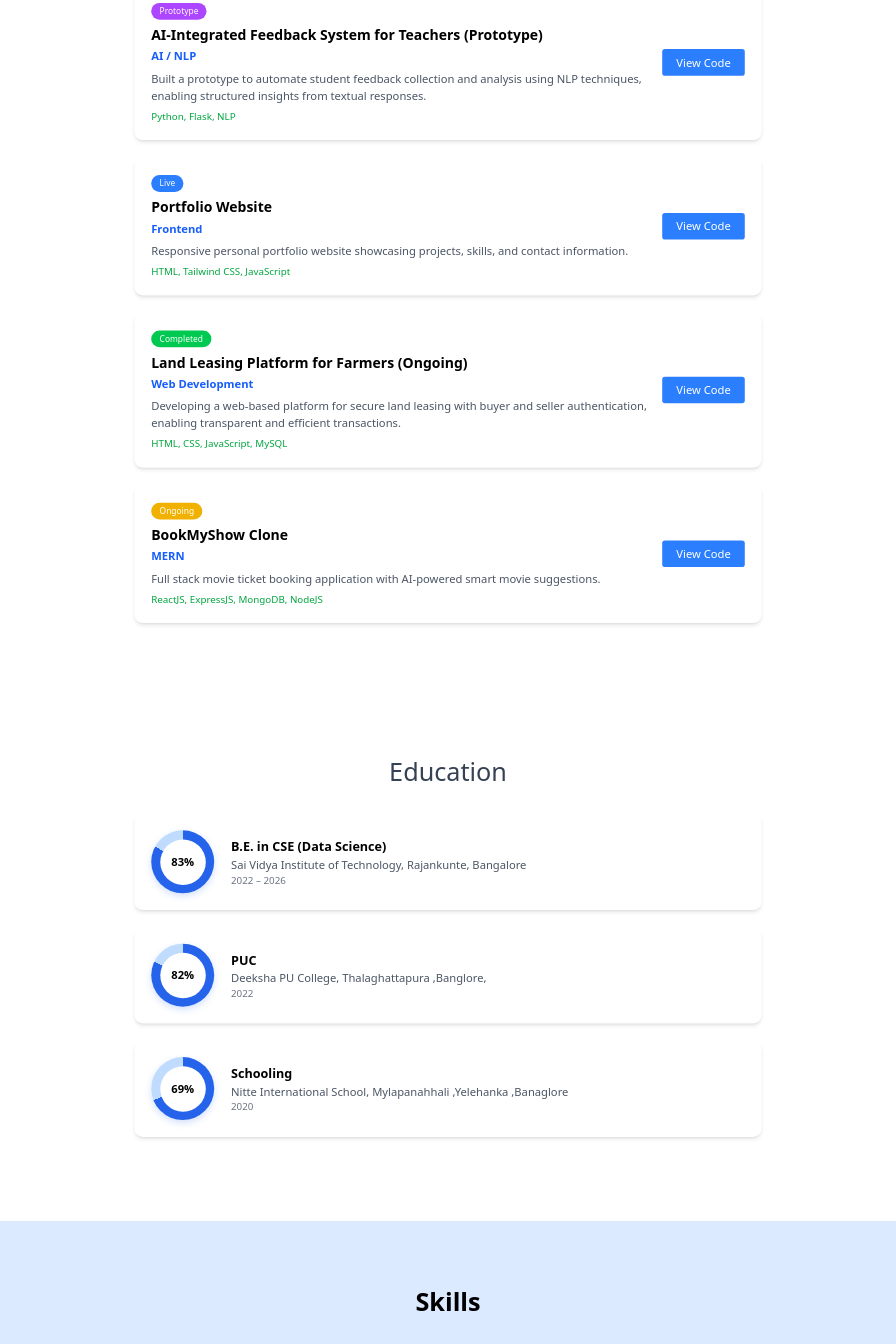
Repository: Rhaashee/myProfile
Page: index.html
These files come from the project's save history. The page is drawn as it stood at one moment and after the next save; the edit follows.
The browser window is 1280 px wide. The pictures show the part of the page from y = 1443 to 3363 px (the page is 4043 px tall before and 4289 px after), at 70% of full size.

Above is the page before, as saved 2026-04-29 16:58:50.
Console error: SyntaxError: Identifier 'projectsData' has already been declared

### index.html
<!-- MERN_Stu_FebMay26Mys\W4\D5\portfolio-project\index.html -->
<!DOCTYPE html>
<html lang="en">

<head>
    <meta charset="UTF-8">
    <meta name="viewport" content="width=device-width, initial-scale=1.0">

    <title>Week 3 & 4 Portfolio Project</title>

    <script src="https://cdn.jsdelivr.net/npm/@tailwindcss/browser@4"></script>

    <link rel="stylesheet" href="css/custom.css">

</head>

<body>
    <!-- HERO SECTION -->

    <section
        class="min-h-screen flex flex-col lg:flex-row lg:items-center lg:justify-between px-8 lg:px-16 py-20 gap-12 lg:gap-20">

        <div class="order-2 lg:order-1 flex-1 lg:max-w-lg text-center lg:text-left">

            <h1 class="text-5xl mb-6 font-bold" style="font-family: 'Poppins', sans-serif;">Rhaashee L</h1>

            <p class="text-xl lg:text-2xl text-slate-600 font-bold mb-10 max-w-md mx-auto lg:mx-0">
                Full-Stack developer | MERN enthusiast | Competitive Programmer
            </p>

            <div
                class="flex flex-col sm:flex-row gap-4 justify-center lg:justify-start items-center lg:items-start mb-8">

                <a href="#projects" class="bg-red-400 hover:bg-green-500 px-10 py-4 rounded shadow-xl">
                    View Projects
                </a>

                <a href="#resume" class="bg-blue-400 hover:bg-green-500 px-10 py-4 rounded shadow-xl">
                    Download Resume
                </a>

            </div>

            <div class="flex flex-wrap gap-6 justify-center lg:justify-start text-sm font-bold">

                <span>100+ Github commits</span>
                <span>50 LeetCode Questions Solved</span>
                <span>1 live projects completed</span>

            </div>

        </div>

        <div class="order-1 lg:order-2 w-full lg:w-96 max-w-sm mx-auto lg:mx-0">

            <img src="assets/images/img.jpg" alt="My photo"
                class="aspect-square w-full rounded shadow-lg mx-auto lg:mx-0 hover:ring-blue-500 transition-all duration-300 hover:scale-[1.02]"
                loading="lazy">

        </div>

    </section>

    <!-- NAVBAR -->

    <nav class="sticky top-0 z-50 bg-white/95 backdrop-blur-md border-b shadow-lg">

        <div class="max-w-7xl mx-auto px-6 py-4 flex items-center justify-between">

            <a href="#"
                class="text-2xl font-bold bg-clip-text bg-gradient-to-r from-red-400 to-slate-700 text-transparent">
                RL
            </a>

            <ul class="hidden md:flex items-center gap-10">

                <li><a href="#projects" class="text-lg font-bold hover:text-blue-600">Projects</a></li>

                <li><a href="#education" class="text-lg font-bold hover:text-blue-600">Education</a></li>

                <li><a href="#skills" class="text-lg font-bold hover:text-blue-600">Skills</a></li>

            </ul>
            <button id="theme-toggle" class="bg-blue-200 px-4 py-2 rounded font-bold">Theme</button>
            <a href="#contact" class="bg-red-400 hover:bg-green-500 rounded transition-all duration-300 px-8 py-3">
                Let's talk
            </a>

        </div>

    </nav>

    <!-- PROJECTS -->

    <section id="projects" class="py-24 px-8 lg:px-16">

        <div class="max-w-7xl mx-auto">

            <div class="text-center mb-10">

                <h2 class="text-4xl lg:text-5xl mb-6">My Projects</h2>

                <p class="text-xl max-w-2xl mx-auto">
                    Enterprise scale full-stack applications built with modern frameworks
                </p>

            </div>

            <!-- Project Search (Feature will attach here) -->

            <div class="mb-10 text-center">

                <input id="project-search" type="text" placeholder="Search projects..."
                    class="border rounded px-6 py-3 w-full max-w-md">

            </div>

            <!-- Project Filter Bar -->

            <div id="project-filters" class="flex flex-wrap justify-center gap-4 mb-12"></div>

            <div id="projects-container" class="max-w-4xl mx-auto space-y-6"></div>

            <!-- Dynamic container for projects -->

            <div id="projects-container" class="grid grid-cols-1 md:grid-cols-2 lg:grid-cols-3 gap-8">
            </div>

        </div>

    </section>

    <!--Education and experience-->
    <section id="experience" class="py-24 px-8 lg:px-16">

        <div class="max-w-4xl mx-auto">

            <h2 class="text-4xl text-gray-700 text-center mb-10">
                Education
            </h2>

            <!-- Dynamic Education -->
            <div id="education-container"></div>

        </div>

    </section>

    </section>

    <!-- SKILLS -->

    <section id="skills" class="py-24 px-8 lg:px-16 bg-blue-100">

        <div class="max-w-7xl mx-auto">

            <h2 class="text-4xl text-center font-bold mb-20">
                Skills
            </h2>

            <!-- Dynamic Skills Container -->

            <div id="skills-container" class="grid grid-cols-1 md:grid-cols-2 lg:grid-cols-4 gap-8">
            </div>

        </div>

    </section>

    <!-- CONTACT MODAL -->

    <button id="modal-trigger"
        class="fixed bottom-8 right-8 w-16 h-16 bg-blue-900 text-white rounded-full shadow-2xl flex items-center justify-center text-2xl font-bold">
        ☏
    </button>

    <div id="contact-modal" class="fixed inset-0 z-50 hidden bg-black/50 backdrop-blur-md">

        <div class="flex items-center justify-center min-h-screen p-4">

            <div id="modal-content"
                class="bg-white w-full max-w-md rounded-2xl shadow-2xl scale-95 opacity-0 transition-all duration-300">

                <div class="sticky top-0 border-b p-8 pt-12 bg-white">

                    <h3 class="text-2xl font-bold">Contact Me</h3>

                    <button id="modal-close" class="absolute top-6 right-6 text-2xl font-bold">
                        ×
                    </button>

                </div>

                <form id="contact-form" class="p-8 space-y-4">

                    <input id="contact-name" type="text" placeholder="Your name"
                        class="w-full border rounded px-4 py-3">

                    <input id="contact-email" type="email" placeholder="email@website.com"
                        class="w-full border rounded px-4 py-3">

                    <p id="form-message" class="text-sm text-red-500"></p>

                    <div class="flex flex-col sm:flex-row gap-4 pt-4">

                        <button type="button" id="form-cancel" class="flex-1 font-bold py-4 px-6">
                            Cancel
                        </button>

                        <button type="submit" class="flex-1 font-bold py-4 px-6">
                            Submit
                        </button>

                    </div>

                </form>

            </div>

        </div>

    </div>

    <!-- SWIPE TO HOME BUTTON -->

    <button id="home-swiper"
        class="fixed bottom-8 left-8 bg-pink-200 text-white px-5 py-3 rounded-full shadow-xl hover:bg-blue-600 transition">
        Back to Home
    </button>
    <!-- MAIN JS ENTRY-->

    <script src="js/data/projects.js"></script>
    <script src="js/data/skills.js"></script>
    <script src="js/features/skills-render.js"></script>
    <script src="js/features/modal.js"></script>
    <script src="js/features/contact-validation.js"></script>
    <script src="js/features/theme-toggle.js"></script>
    <script src="js/data/projects.js"></script>
    <script src="js/features/project-filter.js"></script>
    <script src="js/features/project-search.js"></script>
    <script src="js/main.js"></script>
    <script src="js/features/BackToTop.js"></script>
    <script src="js/data/education.js"></script>
    <script src="js/features/education-render.js"></script>



</body>

</html>

### css/custom.css
.dark-mode{
    background-color: black;
    color: white;
}
.dark-mode nav{
    background-color: rgb(178, 173, 173);
    color: white;
}
.dark-mode section{
    background-color: rgb(0, 0, 0);
    color: white;
}
.dark-mode .bg-blue-100{
    background-color: rgb(235, 236, 240);
    color: rgb(153, 145, 145);
}
.dark-mode .bg-white{
    background-color: rgb(0, 0, 0);
}
.dark-mode .text-gray-700{
    color: white;
}
.line-clamp-2 {
  display: -webkit-box;
  -webkit-line-clamp: 2;
  -webkit-box-orient: vertical;
  overflow: hidden;
}
.progress-circle {
  width: 90px;
  height: 90px;
  border-radius: 50%;
  display: flex;
  align-items: center;
  justify-content: center;
  box-shadow: 0 4px 10px rgba(37, 99, 235, 0.2);
}

.inner-circle {
  width: 65px;
  height: 65px;
  background: white;
  border-radius: 50%;
  display: flex;
  align-items: center;
  justify-content: center;
  font-weight: bold;
}

.dark .inner-circle {
  background: #eff6ff;
}

### js/data/projects.js
const projectsData = [
  {
    id: 1,
    name: "Virtual Herbal Garden – AYUSH Soap Products",
    category: "Web Development",
    description:
      "Designed an interactive platform for exploring herbal plants and their uses in AYUSH soap products, providing detailed plant and product information.",
    technologies: ["Python", "HTML", "CSS"],
    status: "Completed",
    liveDemo: "#",
    github: "#"
  },
  {
    id: 2,
    name: "AI-Integrated Feedback System for Teachers (Prototype)",
    category: "AI / NLP",
    description:
      "Built a prototype to automate student feedback collection and analysis using NLP techniques, enabling structured insights from textual responses.",
    technologies: ["Python", "Flask", "NLP"],
    status: "Prototype",
    liveDemo: "#",
    github: "#"
  },
  {
    id: 3,
    name: "Portfolio Website",
    category: "Frontend",
    description:
      "Responsive personal portfolio website showcasing projects, skills, and contact information.",
    technologies: ["HTML", "Tailwind CSS", "JavaScript"],
    status: "Live",
    liveDemo: "#",
    github: "#"
  },{

    id: 5,
    name: "Land Leasing Platform for Farmers (Ongoing)",
    category: "Web Development",
    description:
      "Developing a web-based platform for secure land leasing with buyer and seller authentication, enabling transparent and efficient transactions.",
    technologies: ["HTML", "CSS", "JavaScript", "MySQL"],
    status: "Completed",
    liveDemo: "#",
    github: "#"
  },
  {
    id: 6,
    name: "BookMyShow Clone",
    category: "MERN",
    description:
      "Full stack movie ticket booking application with AI-powered smart movie suggestions.",
    technologies: ["ReactJS", "ExpressJS", "MongoDB", "NodeJS"],
    status: "Ongoing",
    liveDemo: "#",
    github: "#"
  }

];

### js/data/skills.js

const skillsData = [
  {
    id: 1,
    name: "MongoDB",
    shortLabel: "MDB",
    description: "NoSQL database for handling unstructured data and scalable applications."
  },
  {
    id: 2,
    name: "ExpressJS",
    shortLabel: "Exp",
    description: "Backend framework for building REST APIs and server-side applications."
  },
  {
    id: 3,
    name: "ReactJS",
    shortLabel: "R",
    description: "Component-based UI development with hooks and state management."
  },
  {
    id: 4,
    name: "NodeJS",
    shortLabel: "Node",
    description: "JavaScript runtime for building scalable backend services."
  },
  {
    id: 5,
    name: "Power BI",
    shortLabel: "BI",
    description: "Interactive dashboards and data visualization for business insights."
  },
  {
    id: 6,
    name: "Tableau",
    shortLabel: "Tb",
    description: "Data visualization and storytelling through charts and dashboards."
  },

];

### js/features/skills-render.js
function renderSkills(){
    const skillsContainer = document.getElementById("skills-container");

    if(!skillsContainer){
        console.log("Skills Contianer not found");
        return;
    }
    skillsContainer.innerHTML = "";
    skillsData.forEach(function(skill){
        // to create outer card
        const card = document.createElement("div");
        card.className = "p-8 text-center bg-white rounded-3xl shadow-lg";

        // create icon
        const iconBox = document.createElement("div");
        iconBox.className = "w-20 h-20 mx-auto mb-4 bg-green-900 rounded-2xl flex item-center justify-center";

        // create icon
        const iconText = document.createElement("span");
        iconText.className = "text-2xl text-white font-bold"
        iconText.textContent = skill.shortLabel;

        // Put iconText inside iconBox
        iconBox.appendChild(iconText);

        // create a skill name
        const skillsName = document.createElement("h3");
        skillsName.className = "text-xl font-bold mb-2";
        skillsName.textContent = skill.name;

        // create skill description
        const skillDescription = document.createElement("p");
        skillDescription.className = "text-sm";
        skillDescription.textContent = skill.description;

        // append all child elements to card
        card.appendChild(iconBox);
        card.appendChild(skillsName);
        card.appendChild(skillDescription);

        // append card to skills container
        skillsContainer.appendChild(card);
    });
    console.log("Skills rendered successfully");
}

### js/features/modal.js
function initModal(){
    const modal = document.getElementById("contact-modal");
    const modalContent = document.getElementById("modal-content");
    const modalTrigger = document.getElementById("modal-trigger");
    const modalClose = document.getElementById("modal-close");
    const formCancel = document.getElementById("form-cancel");

    if(!modal || !modalContent || !modalTrigger || !modalClose || !formCancel){
        console.log("Modal element not found");
        return;
    }
    function openModal(){
        modal.classList.remove("hidden");

        setTimeout(function(){
            modalContent.classList.remove("scale-95","opacity-0");
        },10);
    }
    function closeModal(){
        modalContent.classList.add("scale-95","opacity-0");
        setTimeout(function(){
            modal.classList.add("hidden");
        },200);
    }
    modalTrigger.addEventListener("click",openModal);
    modalClose.addEventListener("click",closeModal);
    formCancel.addEventListener("click",closeModal);

    //close when clicking on backdrop
    modal.addEventListener("click",function(event){
        if(event.target === modal){
            closeModal();
        }
    });
    console.log("Modal opened successfully");
}

### js/features/contact-validation.js
function initContactValidation(){
    const contactModal = document.getElementById("contact-modal");
    const contactForm = document.getElementById("contact-form");
    const contactName = document.getElementById("contact-name");
    const contactEmail = document.getElementById("contact-email");
    const formMessage = document.getElementById("form-message");

    if(!contactModal || !contactForm || !contactName || !contactEmail || !formMessage){
        console.log("Contact form elements not found");
        return;
    }

    contactForm.addEventListener("submit",function(event){
        event.preventDefault();

        const name = contactName.value.trim();
        const email = contactEmail.value.trim();

        formMessage.textContent = "";
        formMessage.className = "text-sm";

        // Name validation
        if(name === ""){
            formMessage.textContent = "Name is required";
            formMessage.classList.add("text-red-500");
            contactName.focus();
            return;
        }
        if(name.length < 5){
            formMessage.textContent = "Name must be atleast 5 chars"
            formMessage.classList.add("text-red-500");
            contactName.focus();
            return;
        }
        // Email Validation
        if(email === ""){
            formMessage.textContent = "Email is required";
            formMessage.classList.add("text-red-500");
            contactEmail.focus();
            return;
        }
        const emailPattern = /^[^\s@]+@[^\s@]+\.[^\s@]+$/;

        if(!emailPattern.test(email)){
            formMessage.textContent = "Enter valid email";
            formMessage.classList.add("text-red-500");
            contactEmail.focus();
            return;
        }

        formMessage.textContent = "Meassage Submitted Sucessfully";
        formMessage.classList.add("text-green-600");
        console.log("Valid credentials : ",{name:name,email:email});
        contactForm.reset();
    });
    contactName.addEventListener("input",function(){
        formMessage.textContent = "";
    });
    contactEmail.addEventListener("input",function(){
        formMessage.textContent = "";
    });
}

### js/features/theme-toggle.js
function initThemeToggle(){
    const toggleBtn = document.getElementById("theme-toggle");
    const body = document.body;

    const savedTheme = localStorage.getItem("portfolio-theme");

    if(savedTheme === "dark"){
        body.classList.add("dark-mode");
    }
    toggleBtn.addEventListener("click",function(){
        body.classList.toggle("dark-mode");
        if(body.classList.contains("dark-mode")){
            localStorage.setItem("portfolio-theme","dark");
            console.log("Dark mode enanbled");
        }else{
            localStorage.setItem("portfolio-theme","light");
            console.log("Light mode enanbled");
        }
    });
}

### js/features/project-search.js
document.addEventListener("DOMContentLoaded", () => {

    const dropdown = document.getElementById("project-filter-dropdown");
    const container = document.getElementById("projects-container");

    // Initially hide projects
    container.innerHTML = "";

    dropdown.addEventListener("change", () => {

        const selected = dropdown.value;

        // if nothing selected → hide again
        if (!selected) {
            container.innerHTML = "";
            return;
        }

        // filter projects
        const filtered = projectsData.filter(
            (p) => p.category === selected
        );

        renderProjects(filtered);
    });

});

### js/main.js
document.addEventListener("DOMContentLoaded", function () {
    // Render Skills
    renderSkills();
    initModal();
    initContactValidation();
    initThemeToggle();
})
document.addEventListener("DOMContentLoaded", () => {
    renderEducation();
});
document.addEventListener("DOMContentLoaded", () => {
    renderProjects(projectsData);
});

### js/features/BackToTop.js
const swiperButton = document.getElementById("home-swiper");

// safety check (important)
if (swiperButton) {

    // hide initially
    swiperButton.style.display = "none";

    // scroll to top
    swiperButton.addEventListener("click", function () {
        window.scrollTo({
            top: 0,
            behavior: "smooth"
        });
    });

    // show on scroll
    window.addEventListener("scroll", function () {
        if (window.scrollY > 300) {
            swiperButton.style.display = "block";
        } else {
            swiperButton.style.display = "none";
        }
    });

}

### js/data/education.js
const educationData = [
    {
        id: 1,
        title: "B.E. in CSE (Data Science)",
        institution: "Sai Vidya Institute of Technology, Rajankunte, Bangalore",
        percentage: 83,
        duration: "2022 – 2026"
    },
    {
        id: 2,
        title: "PUC",
        institution: "Deeksha PU College, Thalaghattapura ,Banglore,",
        percentage: 82,
        duration: "2022"
    },
    {
        id: 3,
        title: "Schooling",
        institution: "Nitte International School, Mylapanahhali ,Yelehanka ,Banaglore",
        percentage: 69,
        duration: "2020"
    }
];

### js/features/education-render.js
function renderEducation() {
    const container = document.getElementById("education-container");

    if (!container) return;

    container.innerHTML = "";

    educationData.forEach((edu) => {

        // CARD
        const card = document.createElement("div");
        card.className =
            "flex items-center gap-6 bg-white dark:bg-blue-50 p-6 mb-6 rounded-xl shadow-md hover:shadow-lg transition";

        //  DONUT CIRCLE
        const circle = document.createElement("div");
        circle.className = "progress-circle";

        const value = edu.percentage;

        // BLUE DONUT
        circle.style.background =
            `conic-gradient(#2563eb ${value}%, #bfdbfe ${value}%)`;

        const inner = document.createElement("div");
        inner.className = "inner-circle";
        inner.textContent = value + "%";

        circle.appendChild(inner);

        // TEXT displaying name of school and college
        const textBox = document.createElement("div");

        const title = document.createElement("h3");
        title.className = "text-lg font-bold";
        title.textContent = edu.title;

        const inst = document.createElement("p");
        inst.className = "text-gray-600";
        inst.textContent = edu.institution;

        const duration = document.createElement("p");
        duration.className = "text-sm text-gray-500";
        duration.textContent = edu.duration;

        textBox.append(title, inst, duration);

        // FINAL
        card.append(circle, textBox);
        container.appendChild(card);
    });
}

Loaded but not shown: js/features/project-filter.js (71 lines, source omitted)

After the next save:
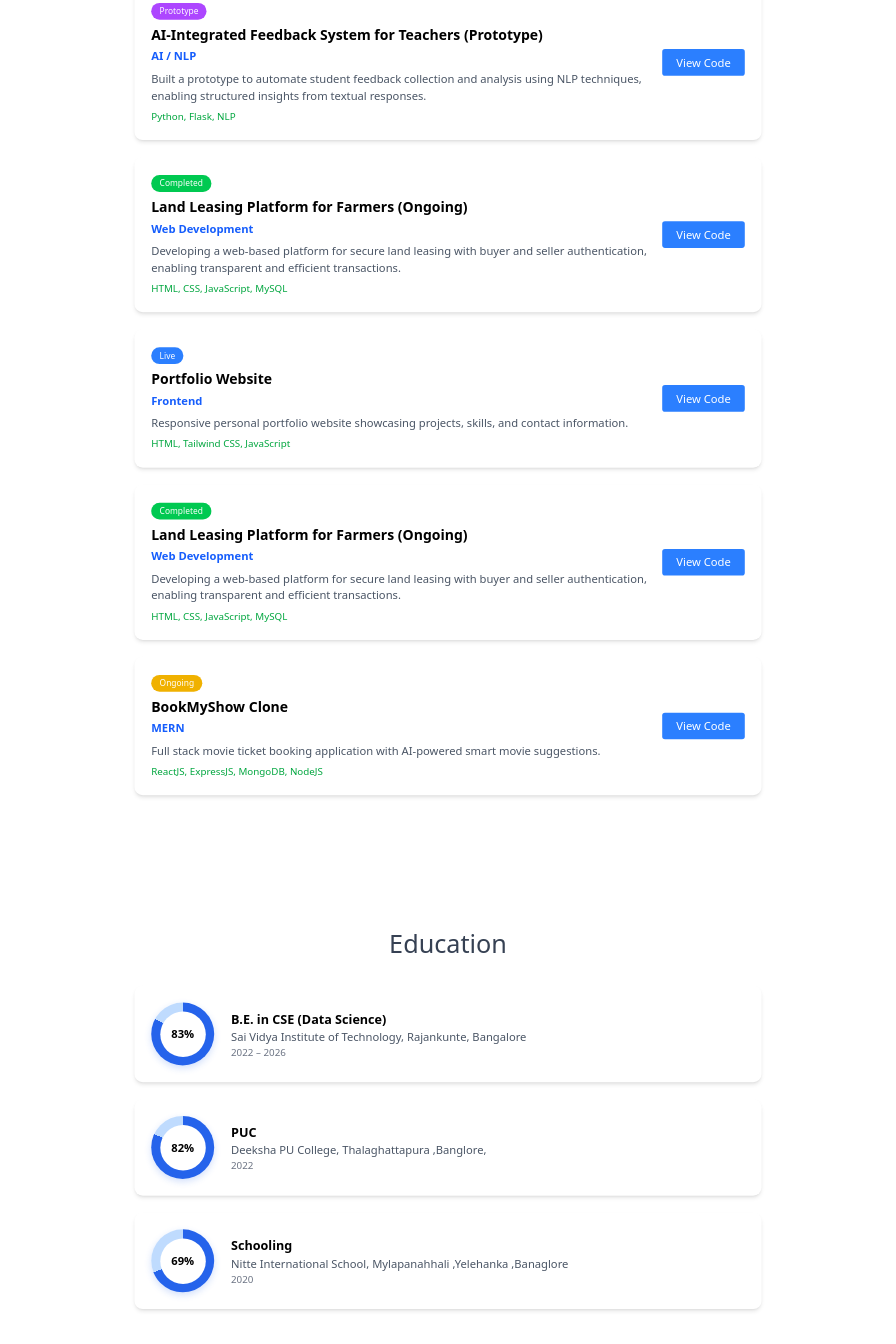
Saved 5 min 11 s later.
--- a/js/data/projects.js
+++ b/js/data/projects.js
@@ -18,6 +18,17 @@ const projectsData = [
       "Built a prototype to automate student feedback collection and analysis using NLP techniques, enabling structured insights from textual responses.",
     technologies: ["Python", "Flask", "NLP"],
     status: "Prototype",
+    liveDemo: "#",
+    github: "#"
+  },{
+
+    id: 5,
+    name: "Land Leasing Platform for Farmers (Ongoing)",
+    category: "Web Development",
+    description:
+      "Developing a web-based platform for secure land leasing with buyer and seller authentication, enabling transparent and efficient transactions.",
+    technologies: ["HTML", "CSS", "JavaScript", "MySQL"],
+    status: "Completed",
     liveDemo: "#",
     github: "#"
   },
